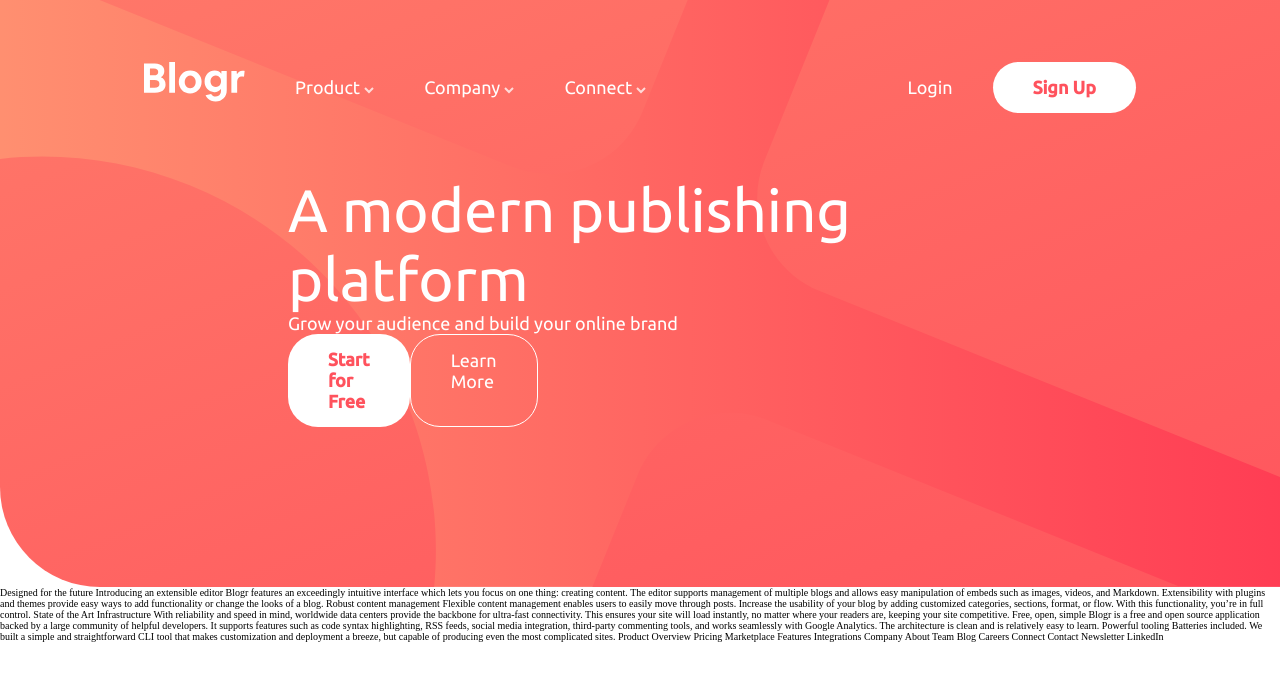
Repository: tomas938/tomaspage3
Page: index.html
The author's editor kept a copy of each file at every save. The page is drawn from the files as they stood at one save, then again after the next save.
The browser window is 1280 px wide. The pictures show the whole page.
The style sheet was rebuilt from its Sass, Less or Tailwind sources for each picture, by a compiler version that may differ from the author's.

Above is the page before, as saved 2021-07-30 09:20:27.

After the next save:
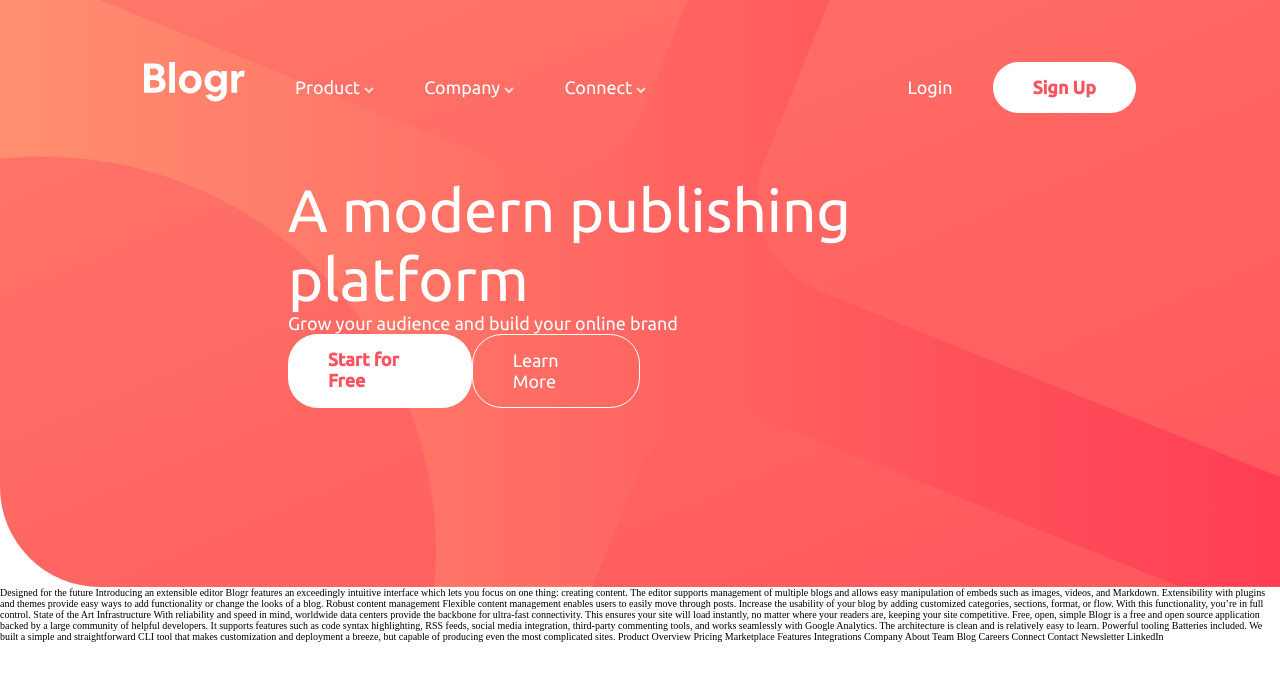
Saved 8 s later.
--- a/scss_partials/_intro.scss
+++ b/scss_partials/_intro.scss
@@ -45,7 +45,7 @@
 		}
 
 		&__buttons {
-			width: 30%;
+			width: 50%;
 			display: flex;
 			justify-content: space-between;
 		}
